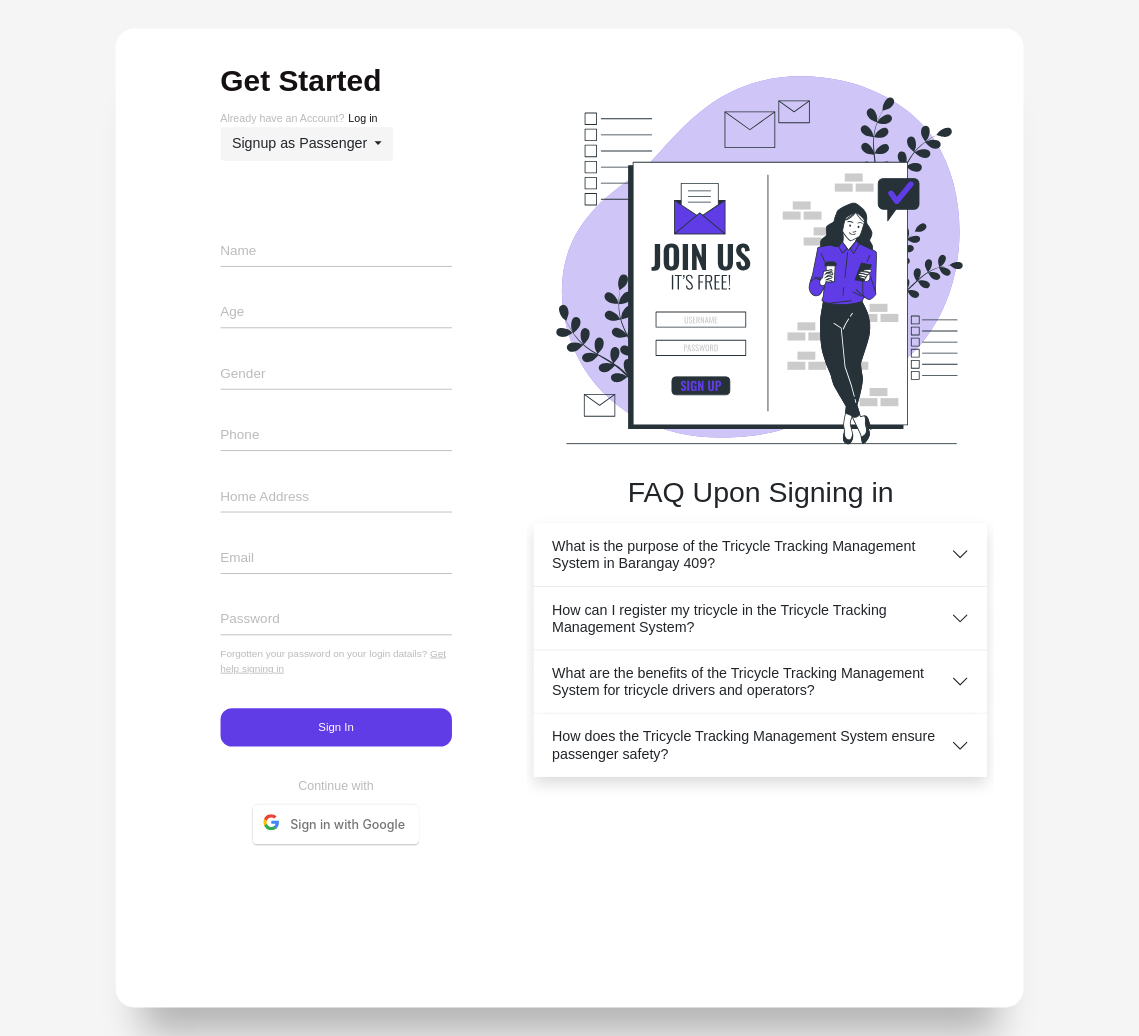
Repository: adrcstro/plate-to-place
Page: http://localhost/Loginsystem/Passenger.php
These files come from the project's save history. The page is drawn as it stood at one moment and after the next save; the edit follows.
The browser window is 1280 px wide. The pictures show the whole page, at 89% of full size.
Some web fonts or font styles are not loaded; a fallback is used. Some web libraries are served in a nearby version. The page is run by PHP 8.4 with error messages shown; the project is at /var/www/html/.

Above is the page before, as saved 2023-10-31 15:37:29.

After the next save:
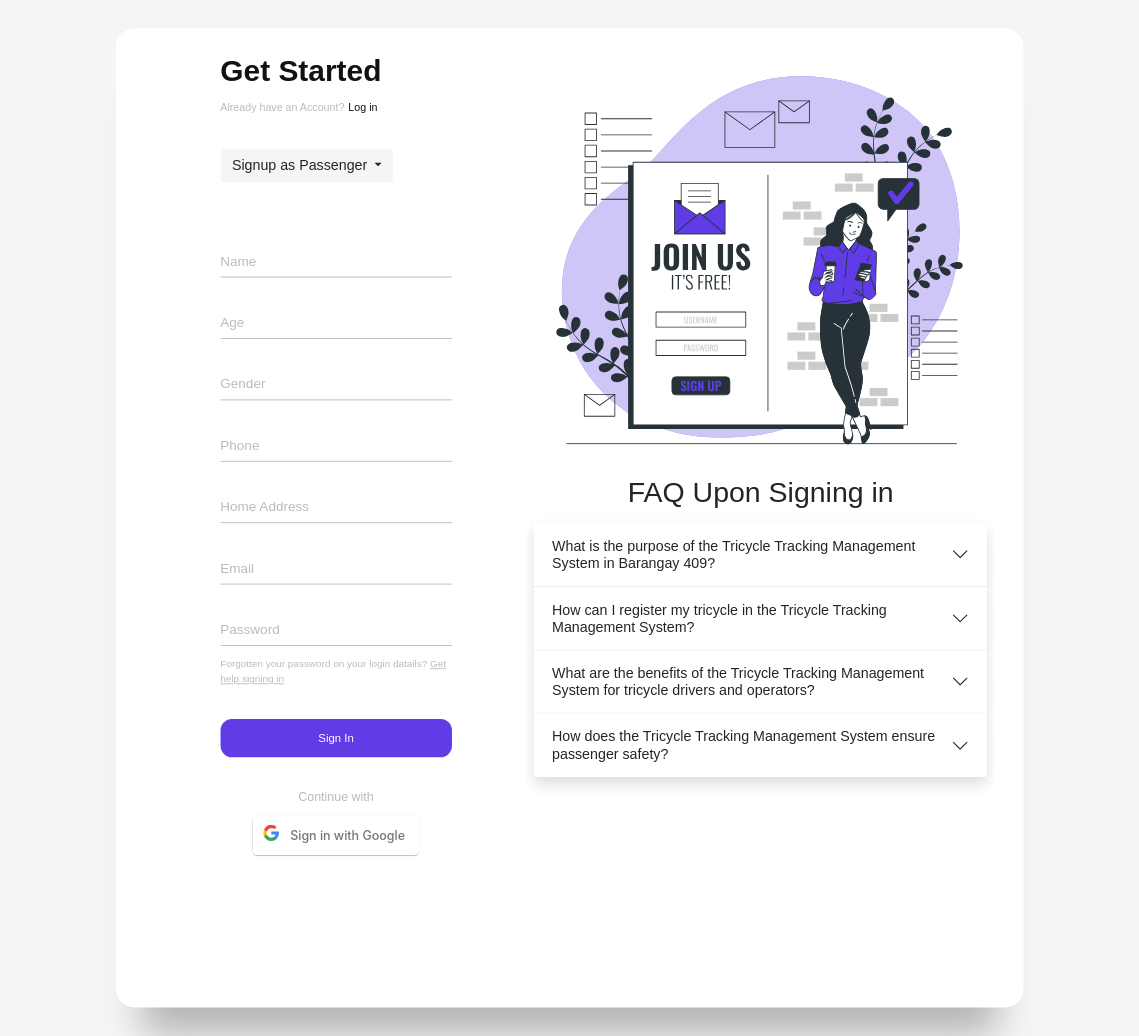
Saved 22 s later.
--- a/Loginsystem/passenger.css
+++ b/Loginsystem/passenger.css
@@ -370,7 +370,7 @@
   transition: 0.3s;
 }
 .dropdown{
-  margin-top: -5rem;
+  margin-top: -2rem;
 }
 .actual-form{
   margin-top: -6rem;

After the save that followed:
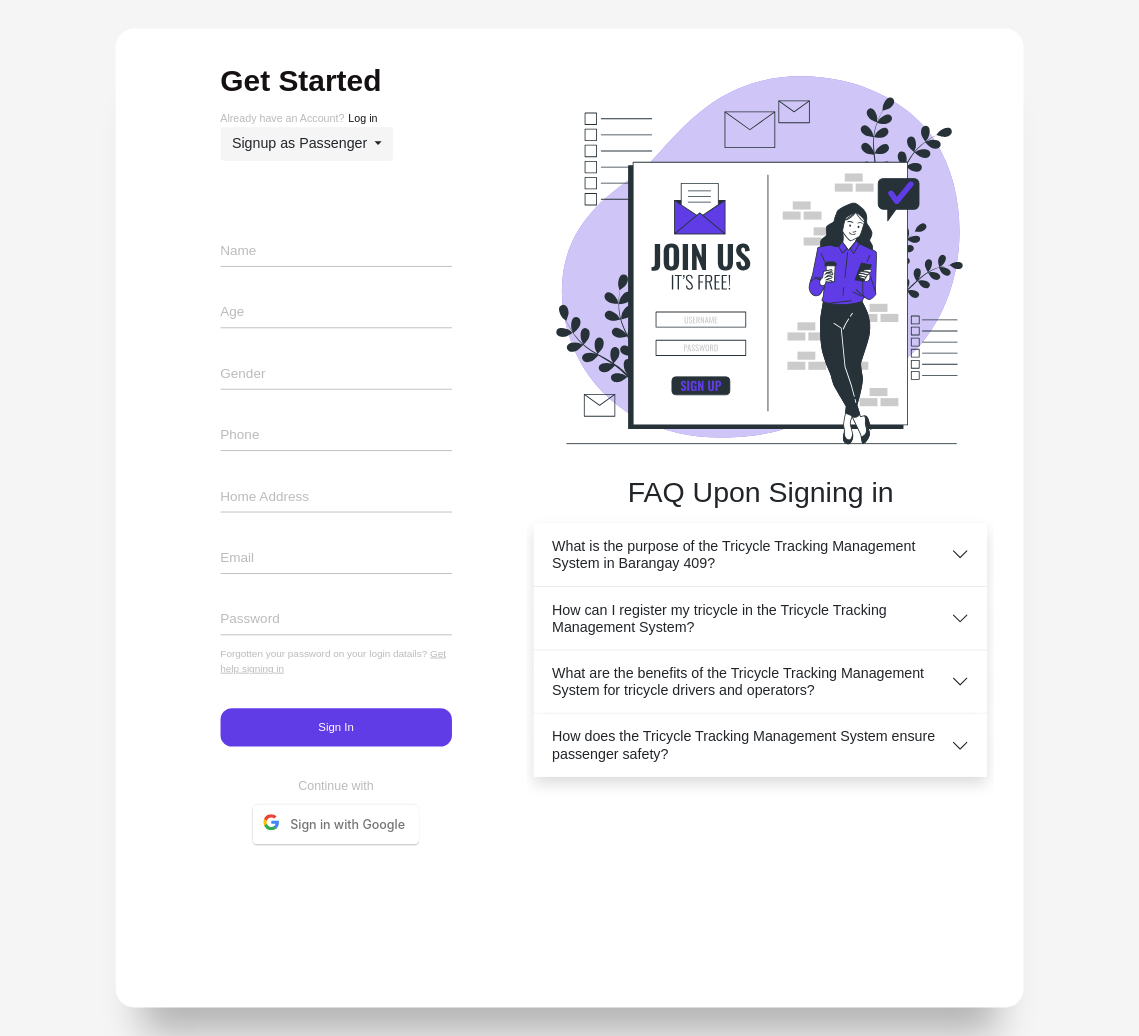
Saved 24 s later.
--- a/Loginsystem/passenger.css
+++ b/Loginsystem/passenger.css
@@ -370,7 +370,7 @@
   transition: 0.3s;
 }
 .dropdown{
-  margin-top: -2rem;
+  margin-top: -5rem;
 }
 .actual-form{
   margin-top: -6rem;
